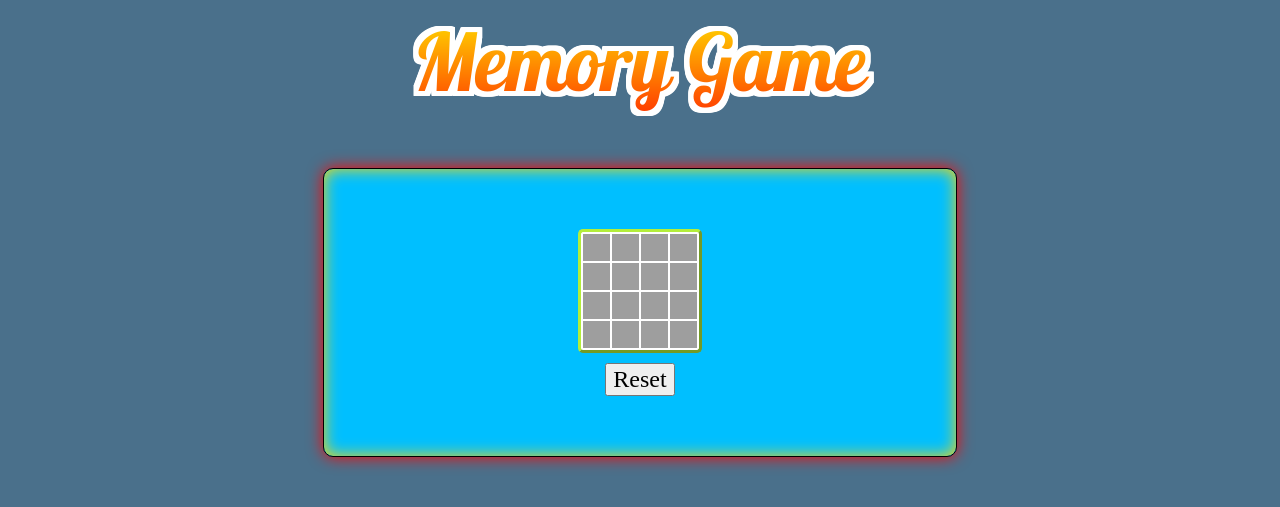
Repository: jn222rv/1dv403-laborationer
Page: 3-gameon/memory/index.html
The author's editor kept a record of every edit. The page is drawn from the files as they stood at one moment, then again after the next edit.
The browser window is 1280 px wide. The pictures show the whole page.
Pictures or frames that could not be fetched are drawn as grey boxes.

Above is the page before.
Not found: 3-gameon/memory/css/pixel.otf

After the next edit:
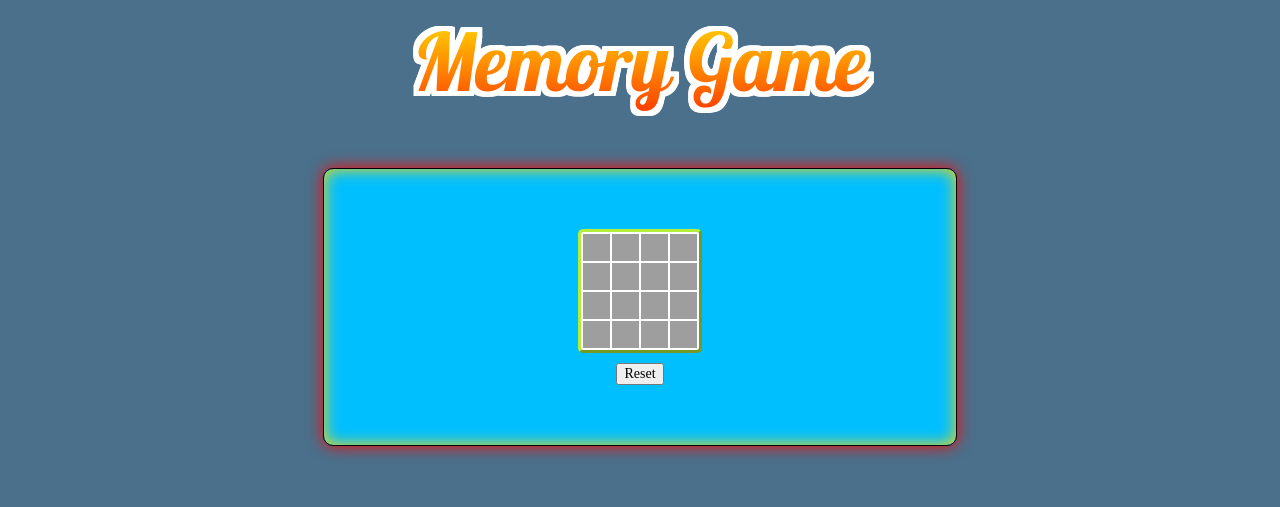
The edit:
--- a/3-gameon/memory/css/basic.css
+++ b/3-gameon/memory/css/basic.css
@@ -37,8 +37,8 @@
 input {
     display:block;
     margin:0px auto;
-    font-size:24px;
     font-family:"pixel";
+    font-size:14px;
 }
 
 .text {
